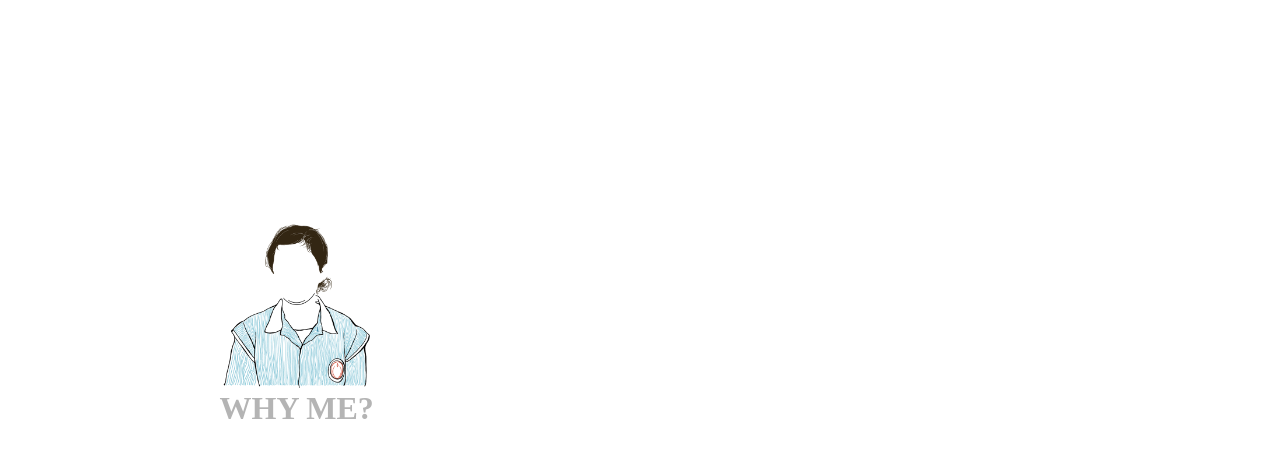
Repository: Lettie123/webpr4
Page: 04.html
These files come from the project's save history. The page is drawn as it stood at one moment and after the next save; the edit follows.
The browser window is 1280 px wide. The pictures show the whole page.
The pointer rests on the first visible `#r01`.

Above is the page before, as saved 2020-11-23 21:51:13.

### 04.html
<html>
    <head>
        <meta charset="UTF-8">
        <meta name="viewport" content="width=device-width,initial-scale=1" />
        <meta name="viewport" content="width=device-width,initial-scale=1.0,maximum-scale=1.0,user-scalable=no">
        <link rel="stylesheet" type="text/css" href="style05.css">

    </head>

    <body>
        <div id="r01">
            <span>
                <img src="po/14.png" style="width:50%">
            </span>
            <h1 style="font-size:32px; font-weight: bold; line-height: 16px; top:45%; left:3%; position: absolute;">
                WHY ME?
            </h1>
        </div>
    </body>

### style05.css
body {
	overflow:scroll;
    overflow-y:hidden;
    overflow-x:hidden;
}

#r01{
    width: 350px;
	height: 350px;
	position: absolute;
	left: 30%;
	top: 55%;
    transform: translate(-50%,-50%);
    color: #B4B4B4;
}

After the next save:
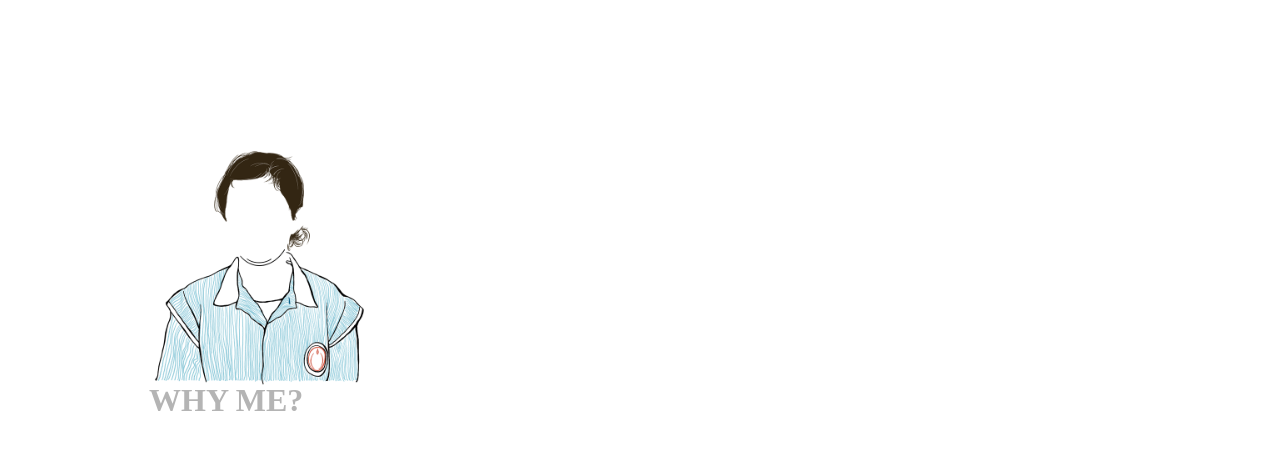
Saved 51 s later.
--- a/style05.css
+++ b/style05.css
@@ -13,3 +13,7 @@ body {
     transform: translate(-50%,-50%);
     color: #B4B4B4;
 }
+#r01:hover {
+    width:500px;
+    height:500px;
+  }

After the save that followed:
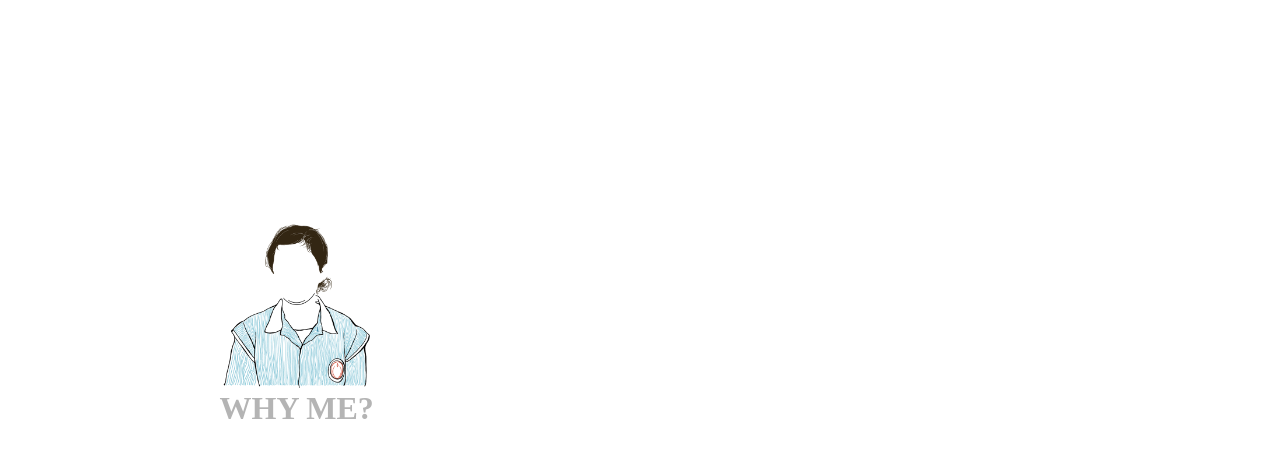
Saved 26 s later.
--- a/style05.css
+++ b/style05.css
@@ -13,7 +13,3 @@ body {
     transform: translate(-50%,-50%);
     color: #B4B4B4;
 }
-#r01:hover {
-    width:500px;
-    height:500px;
-  }
